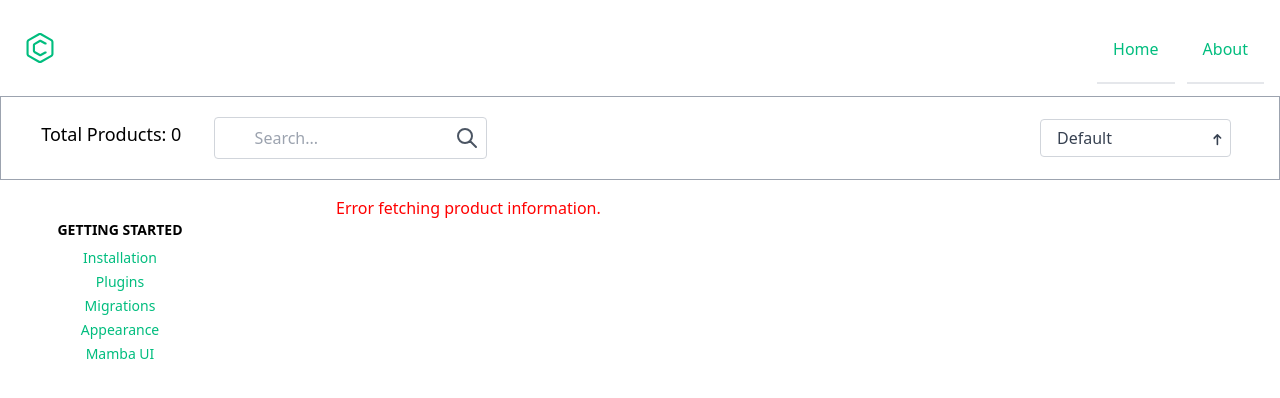
Repository: loktioncode/vectra-shop
Page: /
The author's editor kept a copy of each file at every save. The page is drawn from the files as they stood at one save, then again after the next save.
The browser window is 1280 px wide. The pictures show the whole page.
The page's requests for data from a server got no answer. The project was rebuilt for these pictures with package versions that can differ from the ones it lists, and the page was loaded fresh each time. No one was signed in, and anything a server would have sent is missing. Also part of the build but not shown: vite.config.ts, src/components/ProductCard.vue. Imported but missing from the stored project, and not drawn on this page: src/components/Counter.vue.

Above is the page before, as saved 2023-09-20 18:39:14.

After the next save:
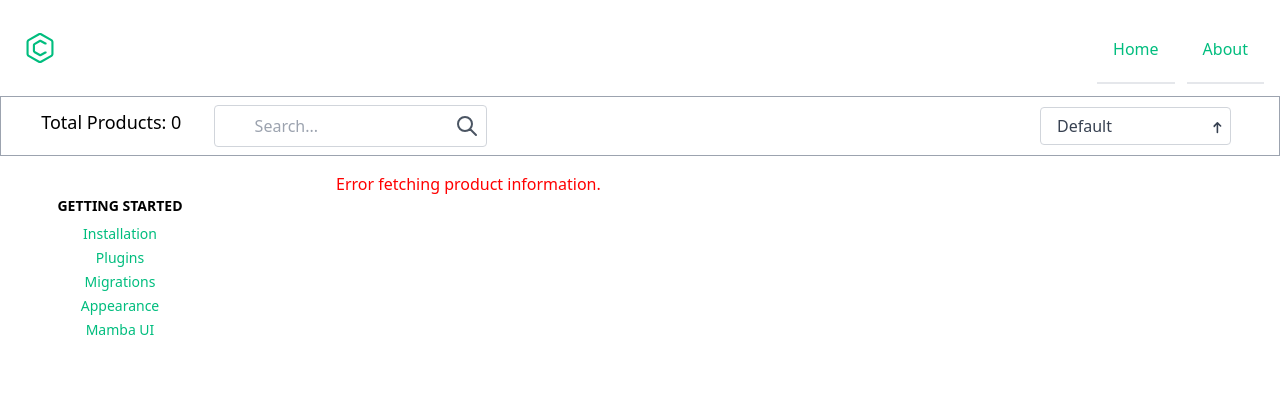
Saved 7 s later.
--- a/src/components/Filters.vue
+++ b/src/components/Filters.vue
@@ -1,5 +1,5 @@
 <template>
-    <div class="flex flex-col md:flex-row items-center w-full py-5 space-y-2 md:space-y-0 md:space-x-2 border border-gray-400">
+    <div class="flex flex-col md:flex-row items-center w-full py-2 space-y-2 md:space-y-0 md:space-x-2 border border-gray-400">
         <!-- Filter Items for Mobile (Centered) -->
         <div class="md:hidden flex flex-col items-center w-auto">
             <!-- Product Count Display -->
